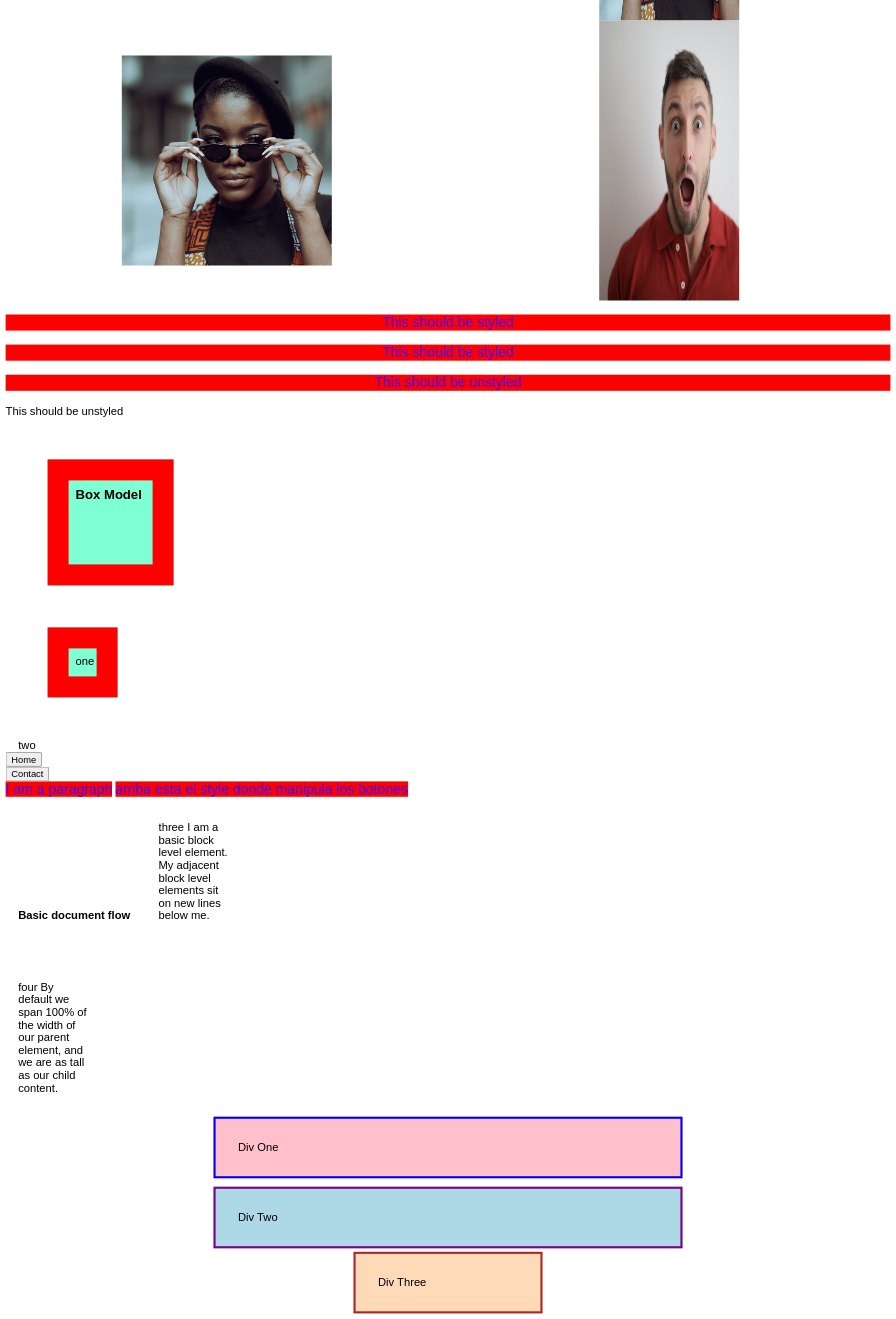
Repository: HeliosAI9/First-test-website
Page: mywebsite/html-boilerplate/pagetwo.html
These files come from the project's save history. The page is drawn as it stood at one moment and after the next save; the edit follows.
The browser window is 1280 px wide. The pictures show the part of the page from y = 1026 to 2946 px (the page is 2910 px tall before and 2946 px after), at 70% of full size.

Above is the page before, as saved 2023-05-31 10:03:33.
Not found: mywebsite/html-boilerplate/script.js

### mywebsite/html-boilerplate/pagetwo.html
<!DOCTYPE html>
<html lang="en">
<head>
  <meta charset="UTF-8">
  <meta http-equiv="X-UA-Compatible" content="IE=edge">
  <meta name="viewport" content="width=device-width, initial-scale=1.0">
  <title>Combined Assignments</title>
  <link rel="stylesheet" href="css/style.css">
</head>
<body>
  <h1>Hello World!</h1>

  <div class="first-element">First Element</div>
  <div class="second-element">Second Element</div>
  <p class="odd">Number 1 - in my class</p>
  <p id="second">Number 2 in life and one in ID</p>
  <p class="odd">I'm a class but cooler 3</p>
  <p id="fourth" class="odd">I'm another ID</p>
  <p class="odd">I'm a class</p>

  <button class="inverted">Click Me!</button>
  <button class="fancy">No, Click Me!</button>

  <h2>Cascade and Specificity</h2>
  <p class="para">This exercise focuses on understanding the cascade and specificity in CSS.</p>
  <p class="para small-para">By adjusting the rule order and selector specificity, we can control how styles are applied to elements.</p>
  <button id="confirm-button" class="button confirm">Understanding the cascade helps us avoid conflicts and create targeted styles for specific elements.</button>
  <button id="cancel-button" class="button cancel">We can leverage combinators, selectors, and rule order to achieve the desired style hierarchy.</button>
  <div class="text">By mastering the cascade, we gain greater control over the appearance of our web pages.</div>
  <div class="text">I'm a div with thin text and a child div!
    <div class="child">I'm a smaller child div with extra bold text.</div>
  </div>

  <div class="image-container">
    <img src="images/pexels-andrea-piacquadio-3777931.jpg" alt="Avatar" class="avatar proportioned">
    <img src="images/pexels-katho-mutodo-8434791.jpg" alt="Distorted" class="avatar distorted">
  </div>
  <div class="image-container">
    <img src="images/pexels-katho-mutodo-8434791.jpg" alt="Avatar" class="avatar proportioned">
    <img src="images/pexels-andrea-piacquadio-3777931.jpg" alt="Distorted" class="avatar distorted">
  </div>

  <div>
    <p>This should be styled</p>
    <div>
      <p>This should be styled</p>
      <p>This should be unstyled</p>
    </div>
  </div>
  <p>This should be unstyled</p>

  <h3 class="class">Box Model</h3>
  <p class="one">one</p>
  <p class="two">two</p>


  <script src="script.js"></script>

  <div id="my-section">
    <style>
      #my-section button {
        display: block;
      }
      #my-section p {
        display: inline;
      }
    </style>
    <button>Home</button>
    <button>Contact</button>
    <p>I am a paragraph</p>
    <p>arriba esta el style donde manipula los botones</p>
  </div>


  <h4 class="class">Basic document flow</h4>

  <p class="three">three I am a basic block level element. My adjacent block level elements sit on new
    lines below me.
  </p>

  <p class="four">four By default we span 100% of the width of our parent element, and we are as tall
    as our child content.
  </p>

  <div class="div-one assignment-div">Div One</div>
  <div class="div-two assignment-div">Div Two</div>
  <div class="div-three assignment-div">Div Three</div>

</body>
</html>

### mywebsite/html-boilerplate/css/style.css
/* Styles from your previous assignments */
.first-element {
    background-color: black;
    color: white;
    font-size: 28px;
    font-family: "Helvetica", "Times New Roman", sans-serif;
  }

  .second-element {
    background-color: yellow;
    font-size: 28px;
    font-family: "Helvetica", "Times New Roman", sans-serif;
  }

  .odd {
    background-color: lightpink;
    font-family: "Verdana", "DejaVu Sans", sans-serif;
  }

  #second {
    color: blue;
    font-size: 36px;
  }

  #fourth {
    background-color: lightgreen;
    font-size: 24px;
    font-weight: bold;
  }

  /* Styles from the new assignment */
  .avatar.proportioned {
    width: 300px;
    aspect-ratio: 1/1; /* Maintain original square proportions */
  }

  .avatar.distorted {
    width: 200px;
    height: 400px; /* Height is twice the width */
  }

  .image-container {
    display: grid;
    grid-template-columns: repeat(2, 1fr); /* Update the value to 1fr */
    gap: 0; /* Set the gap value to 0 */
    justify-items: center; /* Center the items horizontally */
    align-items: center; /* Center the items vertically */
  }

  div p {
    background-color: rgb(255, 0, 0);
    color: rgb(64, 0, 255);
    font-size: 20px;
    text-align: center;
  }

  body {
    font-family: Arial, Helvetica, sans-serif;
  }

  h2.para,
  h2.small-para {
    color: hsl(0, 0%, 0%);
    font-weight: 800;
  }

  h2.para {
    font-size: 22px;
  }

  .button.confirm {
    background-color: green;
    color: white;
    font-weight: bold;
  }

  h2.text .child {
    color: rgb(0, 0, 0);
    font-weight: 800;
    font-size: 14px;
  }

  h3.class {
    background-color: aquamarine;
    padding: 10px;
    border: 30px solid red;
    margin: 60px;
    height: 100px;
    width: 100px;
  }

  .one {
    background-color: aquamarine;
    padding: 10px;
    border: 30px solid red;
    margin: 60px;
    height: 100px;
    width: 100px;
    box-sizing: border-box;
  }

  .two {
    display: inline;
    width: 100px;
    height: 160px;
    padding: 18px;
  }

  h4.class {
    display: inline;
    width: 100px;
    height: 160px;
    padding: 18px;
  }

  .three {
    display: inline-block;
    width: 100px;
    height: 160px;
    padding: 18px;
  }

  .four {
    display: block;
    width: 100px;
    height: 160px;
    padding: 18px;
  }

  .assignment-div {
    padding: 32px;
    max-width: 600px;
    margin: 0 auto;
  }

  .assignment-div.div-one {
    margin-bottom: 12px;
    background: pink;
    border: 3px solid blue;
    padding: 32px;

  }

  .assignment-div.div-two {
    margin-bottom: 5px;
    background: lightblue;
    border: 3px solid purple;
  }

  .assignment-div.div-three {
    margin-left: left;
    background: peachpuff;
    border: 3px solid brown;
    width: 200px;
    padding: 32px;

  }

After the next save:
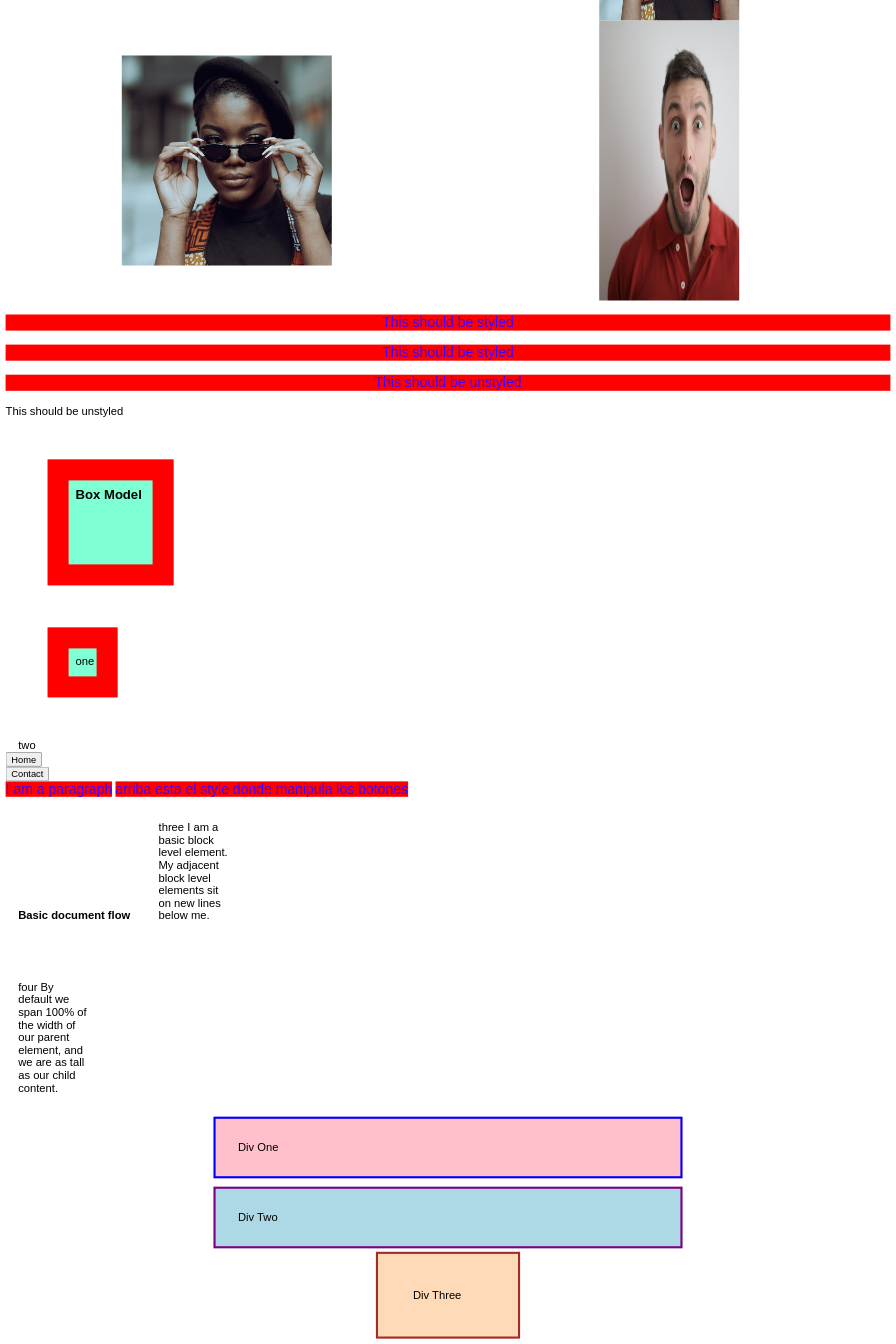
Saved 49 s later.
--- a/mywebsite/html-boilerplate/css/style.css
+++ b/mywebsite/html-boilerplate/css/style.css
@@ -151,7 +151,7 @@
     margin-left: left;
     background: peachpuff;
     border: 3px solid brown;
-    width: 200px;
-    padding: 32px;
+    width: 100px;
+    padding: 50px;
 
   }
